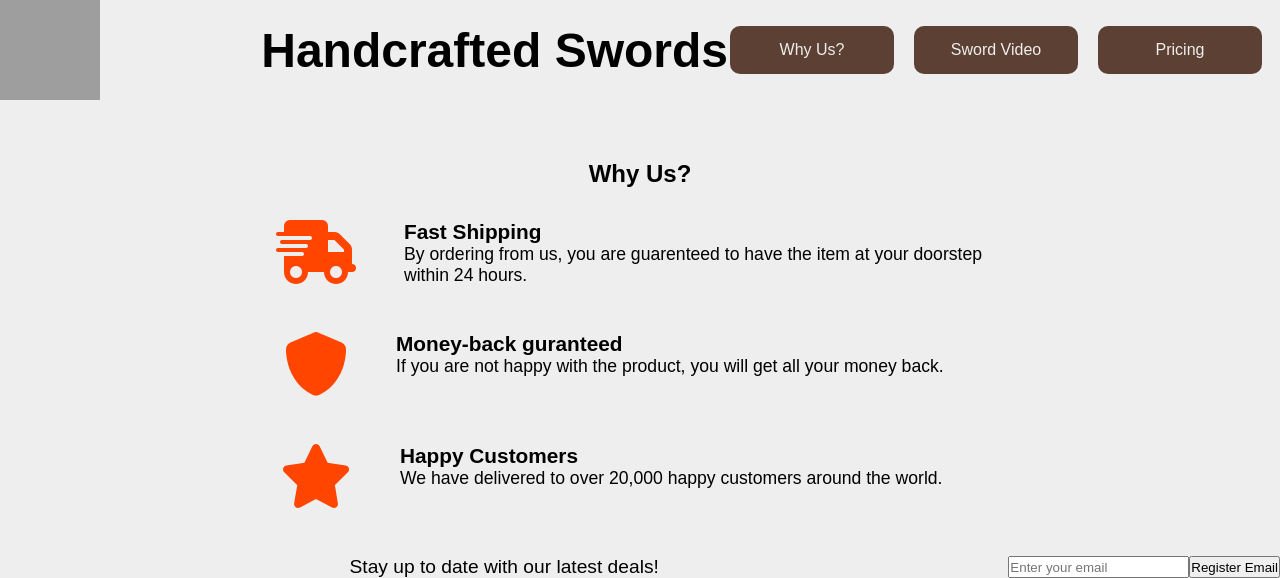
Repository: Pafestivo/Product-Landing-Page
Page: index.html
The author's editor kept a copy of each file at every save. The page is drawn from the files as they stood at one save, then again after the next save.
The browser window is 1280 px wide. The pictures show the part of the page from y = 0 to 578 px (the page is 897 px tall).
Pictures or frames that could not be fetched are drawn as grey boxes. Some web libraries are served in a nearby version.

Above is the page before, as saved 2022-09-15 17:45:13.

After the next save:
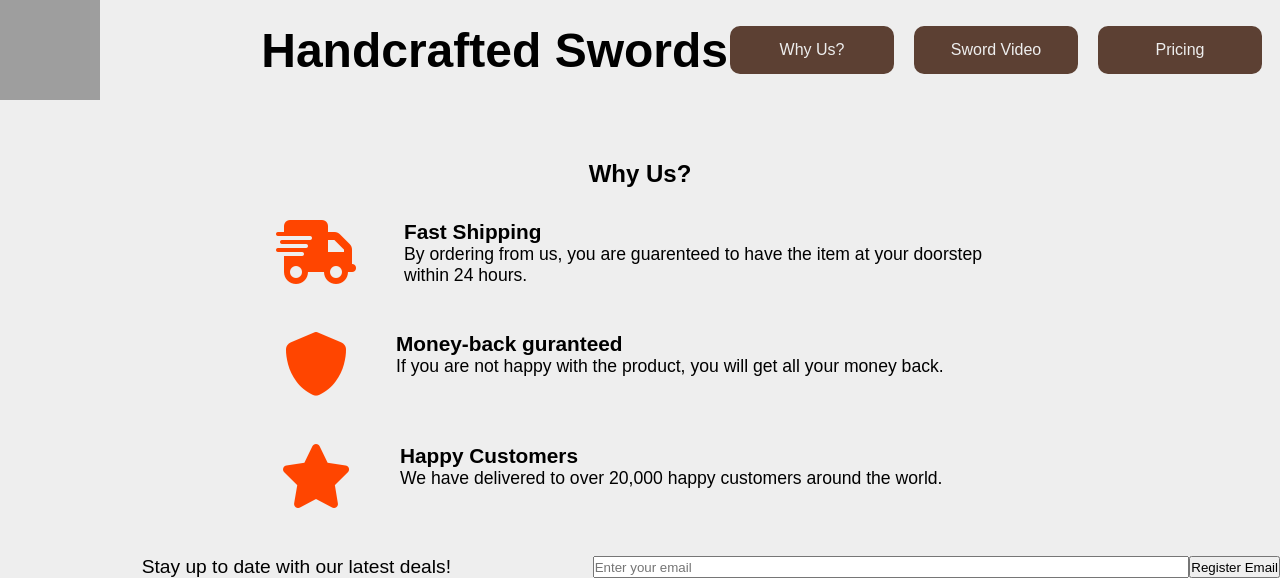
Saved 20 s later.
--- a/styles.css
+++ b/styles.css
@@ -93,6 +93,10 @@
   font-size: 1.2rem;
 }
 
+#email {
+  width: 100%;
+}
+
 /* End of email form */
 
 /* End of main */
